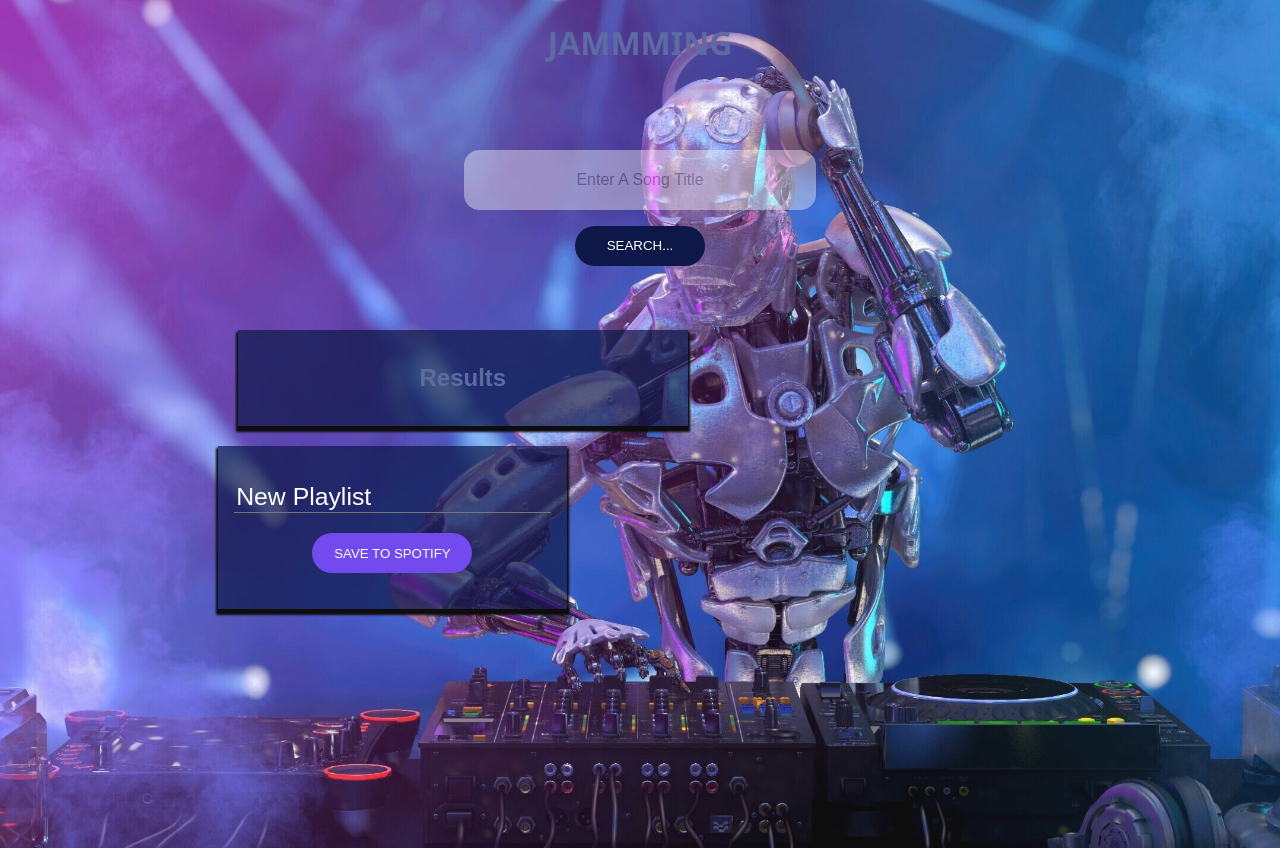
Repository: LolaSL/jamming
Page: /
These files come from the project's save history. The page is drawn as it stood at one moment and after the next save; the edit follows.
The browser window is 1280 px wide. The pictures show the whole page.
The project was rebuilt for these pictures with package versions that can differ from the ones it lists, and the page was loaded fresh each time. Also part of the build but not shown: src/components/Track/Track.css, src/components/Track/Track.jsx.

Above is the page before, as saved 2023-06-22 18:41:02.

After the next save:
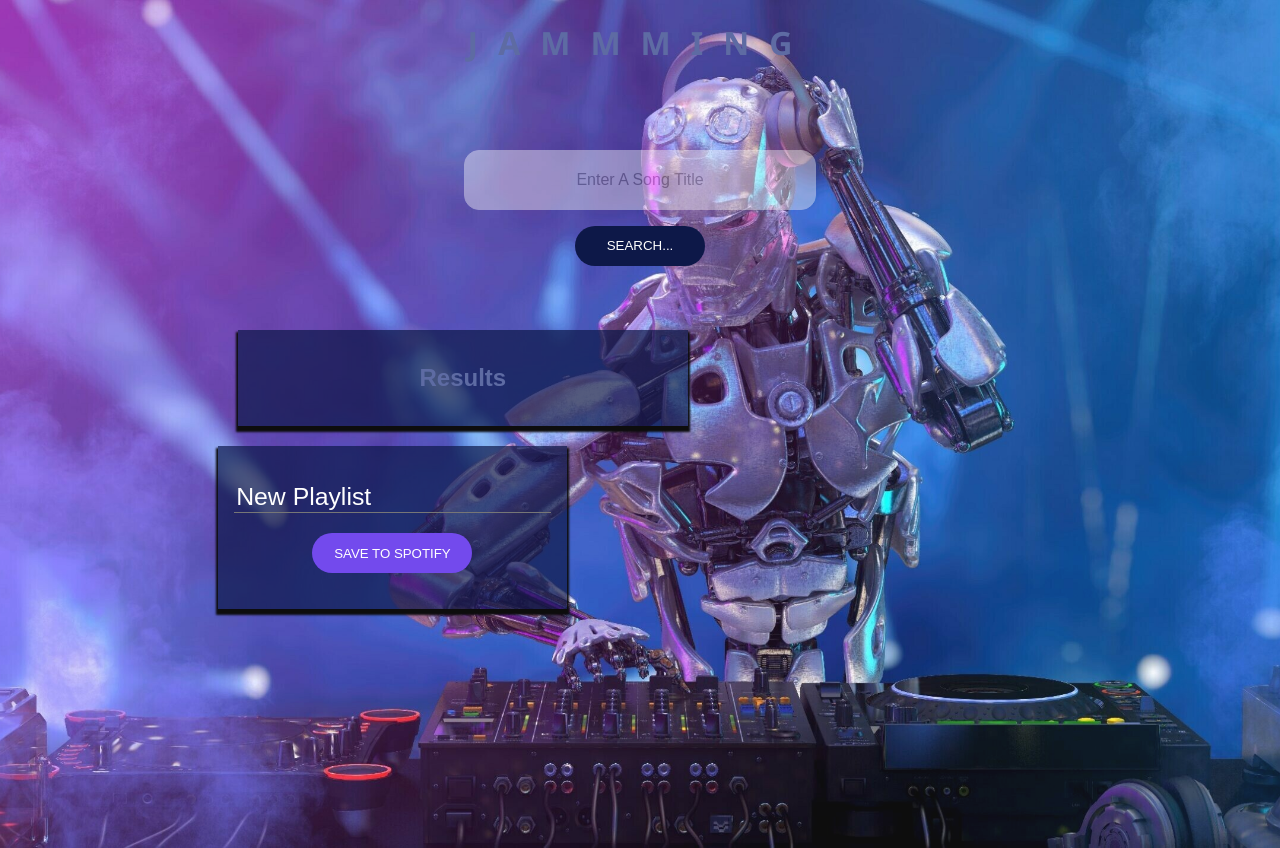
Saved 6 s later.
--- a/src/App/App.css
+++ b/src/App/App.css
@@ -22,5 +22,5 @@ html,
 h1{
   font-family:'Segoe UI', Tahoma, Geneva, Verdana, sans-serif;
   text-transform: uppercase;
-  letter-spacing: ;
+  letter-spacing: 20px;
 }
